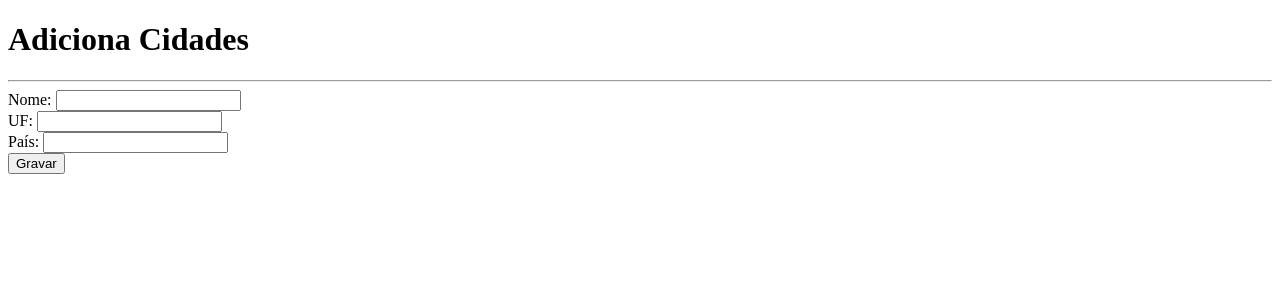
Repository: Maureci/forecast_workspace_project_fonts
Page: Forecast/WebContent/lista-cidade.html
The author's editor kept a copy of each file at every save. The page is drawn from the files as they stood at one save, then again after the next save.
The browser window is 1280 px wide. The pictures show the whole page.

Above is the page before, as saved 2017-04-02 04:23:50.

### Forecast/WebContent/lista-cidade.html
<!DOCTYPE html>
<html>
<head>
<meta charset="ISO-8859-1">
<title>Forecast Cities</title>
</head>
<body>
	<body>
    <h1>Adiciona Cidades</h1>
    <hr />
    <form action="adicionaCidade" method="POST">
      Nome: <input type="text" name="nome" /><br />
      UF: <input type="text" name="uf" /><br />
      País: <input type="text" name="pais" /><br />

      <input type="submit" value="Gravar" />
    </form>
  </body>
</body>
</html>

After the next save:
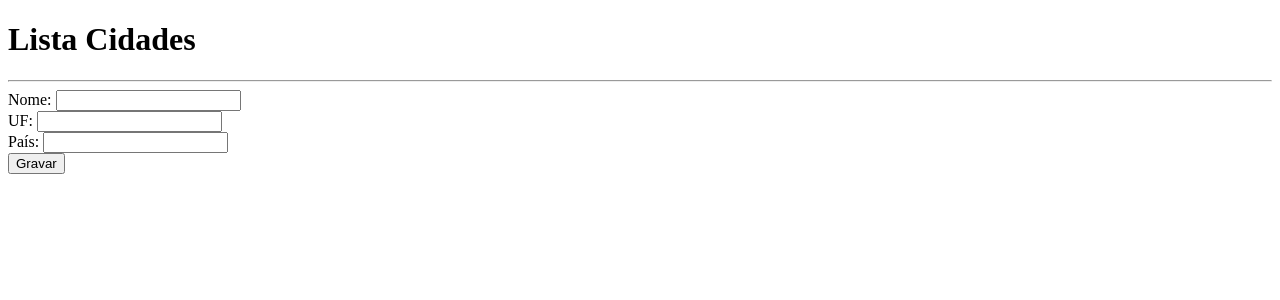
Saved 95 s later.
--- a/Forecast/WebContent/lista-cidade.html
+++ b/Forecast/WebContent/lista-cidade.html
@@ -6,7 +6,7 @@
 </head>
 <body>
 	<body>
-    <h1>Adiciona Cidades</h1>
+    <h1>Lista Cidades</h1>
     <hr />
     <form action="adicionaCidade" method="POST">
       Nome: <input type="text" name="nome" /><br />
